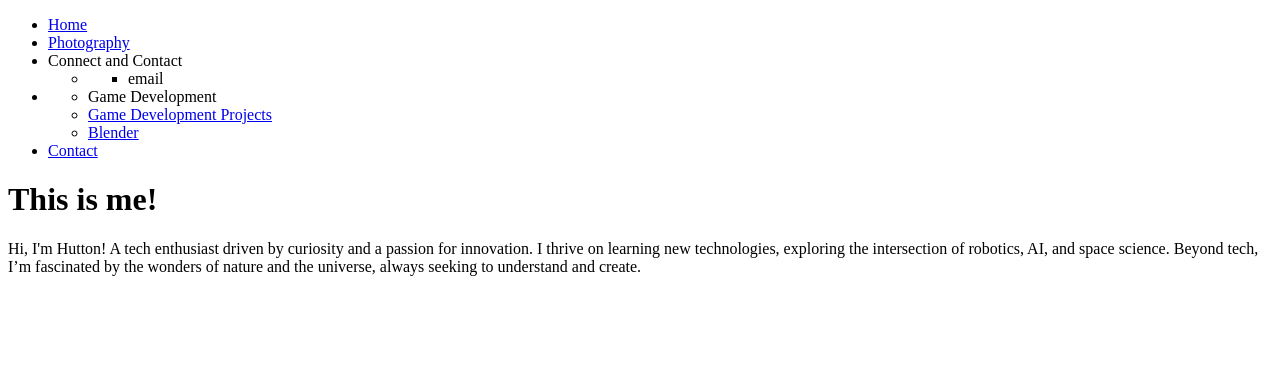
Repository: Argivist/ArgPortfolio
Page: index.html
The author's editor kept a copy of each file at every save. The page is drawn from the files as they stood at one save, then again after the next save.
The browser window is 1280 px wide. The pictures show the whole page.

Above is the page before, as saved 2025-03-28 14:41:29.

After the next save:
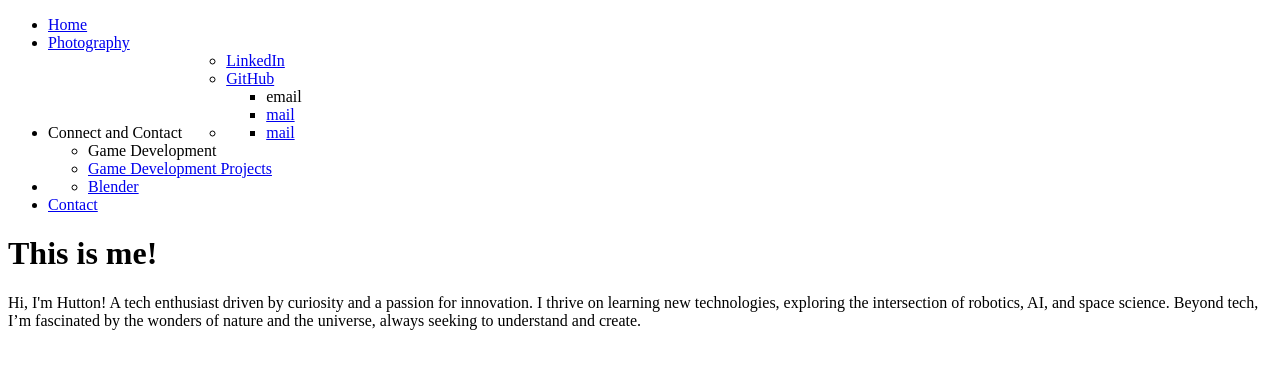
Saved 79 s later.
--- a/css/nav.css
+++ b/css/nav.css
@@ -2,7 +2,7 @@
     position: relative;
     display: inline-block;
 } */
-.dropdown:hover .dropdown-content{
+/* .dropdown:hover .dropdown-content{
     display: block;
 }
 .dropdown-content{
@@ -12,4 +12,12 @@
     min-width: 160px;
     box-shadow: 0px 8px 16px 0px rgba(0,0,0,0.2);
     z-index: 1;
+} */
+
+.dropdown{
+    position: relative;
+    display: inline-block;
 }
+.dropdown:hover .dropdown-content{
+    display: block;
+}
